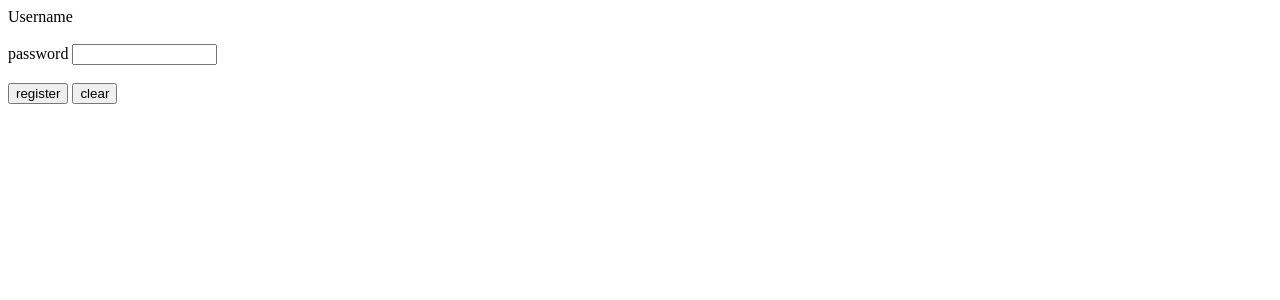
Repository: spgajjal/Day10
Page: LoginApp/WebContent/registration.html
The author's editor kept a copy of each file at every save. The page is drawn from the files as they stood at one save, then again after the next save.
The browser window is 1280 px wide. The pictures show the whole page.

Above is the page before, as saved 2018-09-05 12:00:57.

### LoginApp/WebContent/registration.html
<!DOCTYPE html>
<html>
<head>
<meta charset="ISO-8859-1">
<title>Registration</title>
</head>
<body>
<form action="registration from" method="post">
<label>Username</label>
<label type="text" name="username" size=20>

</label>
<br><br>
<label>password</label>
<input type="password" name="password" size=15>
<br><br>
<input type="submit" value="register">
<input type="reset"  value="clear">

</form>

</body>
</html>

After the next save:
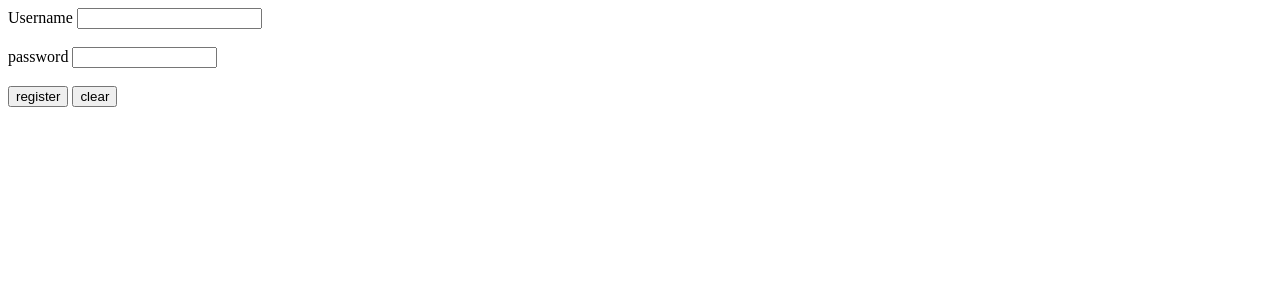
Saved 3 min 9 s later.
--- a/LoginApp/WebContent/registration.html
+++ b/LoginApp/WebContent/registration.html
@@ -7,9 +7,9 @@
 <body>
 <form action="registration from" method="post">
 <label>Username</label>
-<label type="text" name="username" size=20>
+<input type="text" name="username" size=20>
 
-</label>
+
 <br><br>
 <label>password</label>
 <input type="password" name="password" size=15>
